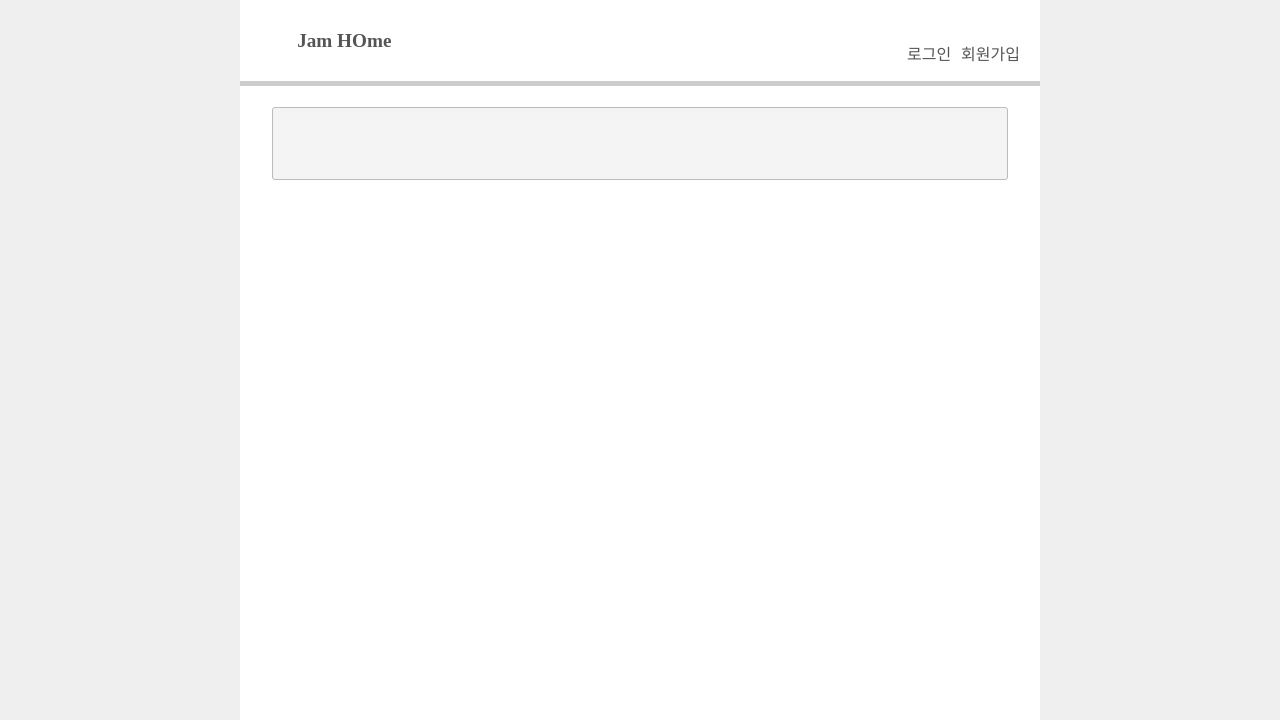
Repository: woals5636/JSPClass
Page: http://localhost/jspPro/days03/ex05_ok.jsp
The author's editor kept a copy of each file at every save. The page is drawn from the files as they stood at one save, then again after the next save.
The browser window is 1280 px wide. The pictures show the whole page.
Some web fonts or font styles are not loaded; a fallback is used. The page is served by Tomcat 9.

Above is the page before, as saved 2024-10-17 05:37:10.

After the next save:
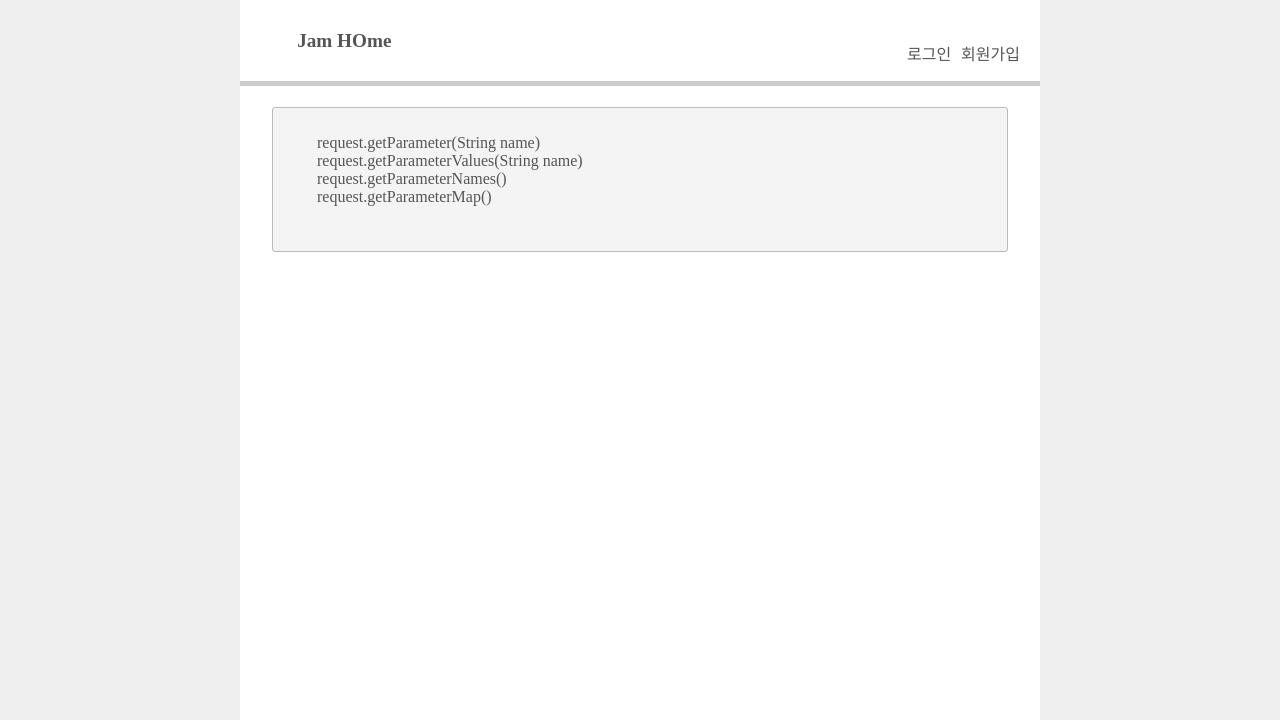
Saved 2 min 50 s later.
--- a/jspPro/src/main/webapp/days03/ex05_ok.jsp
+++ b/jspPro/src/main/webapp/days03/ex05_ok.jsp
@@ -26,6 +26,10 @@
 </header>
 <div>
   <xmp class="code">
+       request.getParameter(String name)
+       request.getParameterValues(String name)
+       request.getParameterNames()
+       request.getParameterMap()
 
   </xmp>
 </div>
